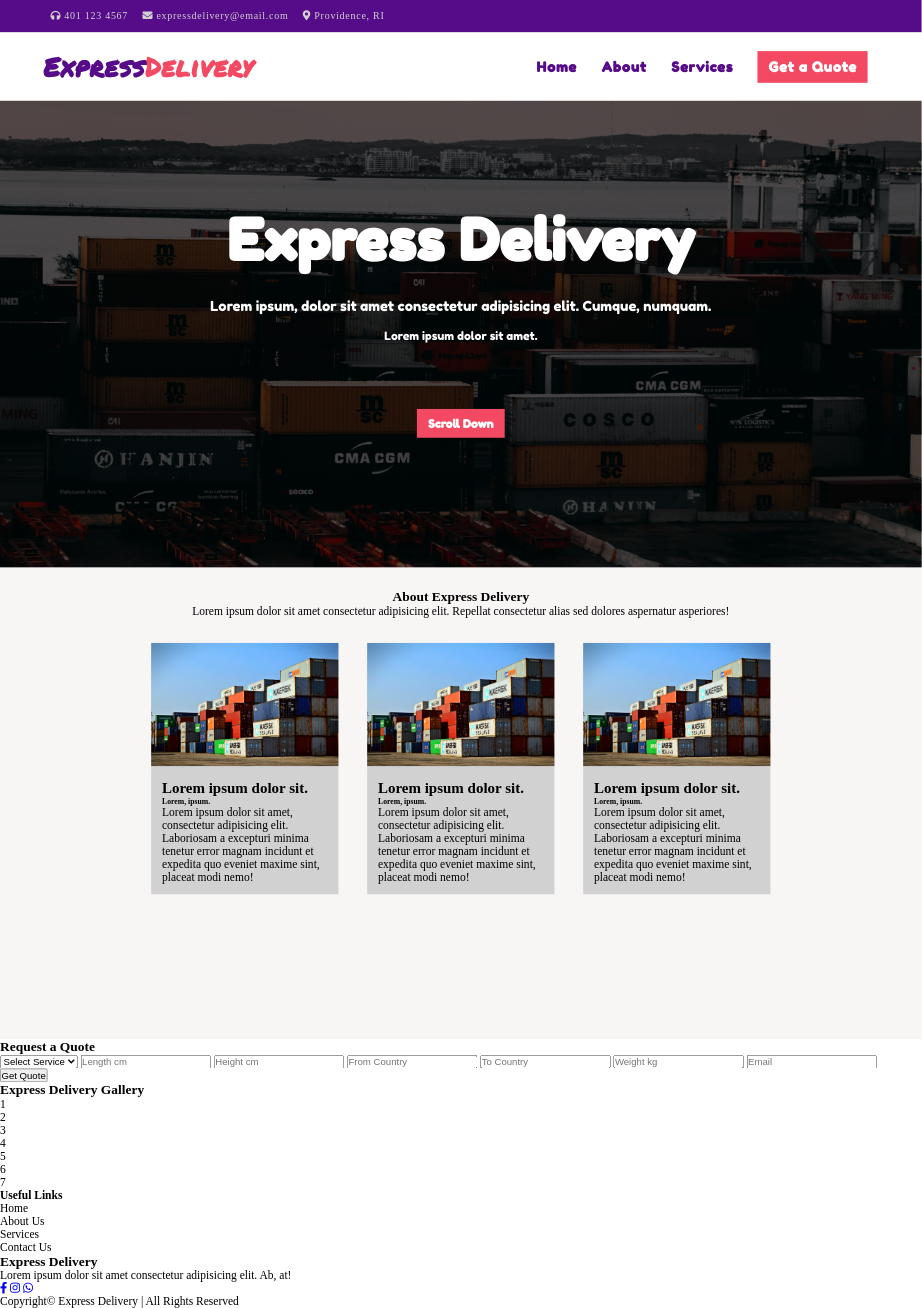
Repository: just-mann/express-delivery
Page: index.html
These files come from the project's save history. The page is drawn as it stood at one moment and after the next save; the edit follows.
The browser window is 1280 px wide. The pictures show the whole page, at 72% of full size.
The style sheet was rebuilt from its Sass, Less or Tailwind sources for each picture, by a compiler version that may differ from the author's.

Above is the page before, as saved 2021-06-30 14:26:04.

### index.html
<!DOCTYPE html>
<html lang="en">
<head>
    <meta charset="UTF-8">
    <meta http-equiv="X-UA-Compatible" content="IE=edge">
    <meta name="viewport" content="width=device-width, initial-scale=1.0">
    <meta name="author" content="Justin Kollie">
    <meta name="description" content="Reliable shipping solutions across the U.S.">
    <link rel="stylesheet" href="/css/style.css">
    <link rel="stylesheet" href="https://cdnjs.cloudflare.com/ajax/libs/font-awesome/5.15.3/css/all.min.css" referrerpolicy="no-referrer" />
    <title>Express Delivery | Your trusted delivery system</title>
</head>
<body id="top">
    <header>
        <div class="top-section">
            <p><i class="fas fa-headphones"></i> 401 123 4567</p>
            <p class="emailAdd"><i class="fas fa-envelope"></i> expressdelivery@email.com</p>
            <p><i class="fas fa-map-marker-alt"></i> Providence, RI</p>
        </div>
        <nav>
            <a href="#" class="logo"><span>Express</span>Delivery</a>
            <div class="nav__links">
                <a href="#">Home</a>
                <a href="#">About</a>
                <a href="#">Services</a>
                <a class="quoteGet" href="#contact-us">Get a Quote</a>
            </div>
        </nav>
        <section class="hero__div">
            <div class="hero__section">
                <div class="hero__overlay">
                    <h2>Express Delivery</h2>
                    <p class="firstPara">Lorem ipsum, dolor sit amet consectetur adipisicing elit. Cumque, numquam.</p>
                    <p class="secondPara">Lorem ipsum dolor sit amet.</p>
                    <a href="#aboutUs">Scroll Down</a>
                </div>
            </div>
        </section>
    </header>
    <section class="product__description">

    </section>
    <section class="aboutUs" id="aboutUs">
        <h3>About Express Delivery</h3>
        <p>
            Lorem ipsum dolor sit amet consectetur adipisicing elit.
            Repellat consectetur alias sed dolores aspernatur asperiores!
        </p>
        <div class="about__card-div">
            <div class="card">
                <div class="imgDiv">
                    <img src="/images/container_ship.jpg" alt="card1">
                </div>
                <div>
                    <h4>Lorem ipsum dolor sit.</h4>
                    <h6>Lorem, ipsum.</h6>
                    <p>
                        Lorem ipsum dolor sit amet, consectetur adipisicing elit.
                        Laboriosam a excepturi minima tenetur error magnam incidunt
                        et expedita quo eveniet maxime sint, placeat modi nemo!
                    </p>
                </div>
            </div>
            <div class="card">
                <div class="imgDiv">
                    <img src="/images/container_ship.jpg" alt="card1">
                </div>
                <div>
                    <h4>Lorem ipsum dolor sit.</h4>
                    <h6>Lorem, ipsum.</h6>
                    <p>
                        Lorem ipsum dolor sit amet, consectetur adipisicing elit.
                        Laboriosam a excepturi minima tenetur error magnam incidunt
                        et expedita quo eveniet maxime sint, placeat modi nemo!
                    </p>
                </div>
            </div>
            <div class="card">
                <div class="imgDiv">
                    <img src="/images/container_ship.jpg" alt="card1">
                </div>
                <div>
                    <h4>Lorem ipsum dolor sit.</h4>
                    <h6>Lorem, ipsum.</h6>
                    <p>
                        Lorem ipsum dolor sit amet, consectetur adipisicing elit.
                        Laboriosam a excepturi minima tenetur error magnam incidunt
                        et expedita quo eveniet maxime sint, placeat modi nemo!
                    </p>
                </div>
            </div>
        </div>
    </section>
    <section class="contact" id="contact-us">
        <h3>Request a Quote</h3>
        <form action="">
            <select name="services" id="services">
                <option>Select Service</option>
                <option value="service1">Service 1</option>
                <option value="service2">Service 2</option>
                <option value="service3">Service 3</option>
                <option value="service4">Service 4</option>
            </select>
            <input type="text" placeholder="Length cm">
            <input type="text" placeholder="Height cm">
            <input type="text" name="country-from" id="country-from" placeholder="From Country">
            <input type="text" name="country-to" id="country-to" placeholder="To Country">
            <input type="text" name="weight" id="weight" placeholder="Weight kg">
            <input type="email" name="email" id="email" placeholder="Email">
            <input type="submit" value="Get Quote">
        </form>
    </section>
    <section class="gallery">
        <h3>Express Delivery Gallery</h3>
        <div class="gallery__div">
            <div>1</div>
            <div>2</div>
            <div>3</div>
            <div>4</div>
            <div>5</div>
            <div>6</div>
            <div>7</div>
        </div>
    </section>
    <footer class="footer">
        <section class="footer__top">
            <div class="usefulLinks">
                <h4>Useful Links</h4>
                <li>Home</li>
                <li>About Us</li>
                <li>Services</li>
                <li>Contact Us</li>
            </div>
            <div>
                <h3>Express Delivery</h3>
                <p>
                    Lorem ipsum dolor sit amet consectetur adipisicing elit. Ab, at!
                </p>
                <div class="social__links">
                    <a href="#"><i class="fab fa-facebook-f"></i></a>
                    <a href="#"><i class="fab fa-instagram"></i></a>
                    <a href="#"><i class="fab fa-whatsapp"></i></a>
                </div>
            </div>
        </section>
        <section class="footer__bottom">
            <p>Copyright&copy Express Delivery | All Rights Reserved</p>
        </section>
    </footer>
</body>
</html>

### Sass/style.scss
@import 'reset';
@import 'default__styles';
@import 'mixins';

body {
    position: relative;
}


header {
    .top-section {
        background: $secondary__color;
        color: $light__white;
        display: flex;
        justify-content: flex-start;
        align-items: center;
        // padding: 15px 0px;
        @include my_container;
        height: 45px;

        p {
            // font-family: $secondary__font;
            font-size: 0.87rem;
            color: $dark__white;
            letter-spacing: 1px;
            margin: 0 10px;

            .emailAdd {
                border-left: 1px solid red;
                border-right: 1px solid red;
            }

            i {
                transition: 0.7s;
            }



            &:hover {
                i {
                    color: $primary__color;
                }
            }
        }
    }

    nav {
        // position: sticky;
        // top: 0;
        // left: 0;
        @include my_container;
        width: 100%;
        height: 95px;
        // padding: 0px 35px;
        background: $light__white;
        display: flex;
        justify-content: space-between;
        align-items: center;

        .logo {
            font-size: 2.3rem;
            color: $primary__color;
            font-weight: bold;
            letter-spacing: 1px;
            font-family: $primary__font;
            span {
                color: $secondary__color;
            }
        }

        .nav__links {
            a {
                color: $secondary__color;
                font-size: 1.2rem;
                margin: 0 15px;
                transition: 0.5s;
                font-family: $secondary__font;
                font-weight: bold;
                letter-spacing: 1px;

                &:hover {
                    color: $primary__color;
                }

            }

            .quoteGet {
                @include btn_style;
            }
        }
    }

    .hero__div {
        height: 90vh;
        z-index: 0;
        .hero__section {
            width: 100%;
            height: 100%;
            display: flex;
            justify-content: center;
            align-items: center;
            background: url('/images/heroImg.jpg') no-repeat center center / cover;

            .hero__overlay {
                // display: none;
                background: rgba(0, 0, 0, 0.678);
                height: 100%;
                width: 100%;
                display: flex;
                align-items: center;
                justify-content: center;
                flex-direction: column;
                color: $light__white;
                text-align: center;

                h2 {
                    font-size: 5rem;
                    margin-top: -30px;
                    font-family: $secondary__font;
                    font-weight: 800;
                }

                .firstPara {
                    font-family: $secondary__font;
                    font-size: 1.2rem;
                    font-weight: 300;
                    line-height: 1.4em;
                    margin: 30px 0px 6px 0px;
                }
                .secondPara {
                    font-family: $secondary__font;
                    font-size: 1rem;
                    font-weight: 300;
                    line-height: 1.4em;
                    margin: 10px 0px;
                }

                a {
                    @include btn_style;
                    margin: 80px 0px 5px 0px;
                }
            }
        }
    }
}





// About Us
.aboutUs {
    // @include my_container;
    max-width: 100%;
    min-height: 50vh;
    text-align: center;
    margin: 0px auto;
    padding-top: 30px;
    padding-bottom: 15px;
    background: rgb(248, 245, 245);

    h3 {

    }

    p {

    }

    .about__card-div {
        // background: yellow;
        max-width: 100%;
        margin: 0 auto;
        padding: 25px;
        display: grid;
        justify-content: center;
        align-items: center;
        grid-template-columns: repeat(3, 300px);

        .card {
            min-height: 500px;
            margin: 10px 20px;
            text-align: center;
            &:hover {
                // @include divShadow;
            }

            .imgDiv {
                min-height: 30%;
                padding: 0px;
            }

            img {
                width: 100%;
                min-height: 100%;
                object-fit: cover;
            }

            div {
                padding: 15px;
                margin: 0 auto;
                text-align: left;
                background: $dark__white;

                h4 {
                    font-size: 1.3rem;
                }

                h6 {

                }

                p {

                }
            }
        }
    }
}

### Sass/default__styles.scss
// Google Fonts
@import url('https://fonts.googleapis.com/css2?family=Abel&family=Dancing+Script:wght@700&family=Fredoka+One&family=Permanent+Marker&family=Roboto:wght@100&display=swap');





// Styles for items like buttons, links, lists, and colors, fonts, etc..

// Variables
$primary__color: #F34963;
$secondary__color: #560c88;
$light__white: #ffffff;
$dark__white: #d1d1d1;
$primary__font: 'Permanent Marker', cursive;
$secondary__font: 'Fredoka One', cursive;








html {
    scroll-behavior: smooth;
}

a {
    text-decoration: none;
}

ul, li {
    list-style: none;
}

### Sass/mixins.scss
// Button Mixin
@mixin btn_style {
    border: none;
    background: $primary__color;
    color: $light__white;
    padding: 10px 15px;
    font-family: $secondary__font;
    font-weight: bold;

    &:hover {
        color: $light__white;
        cursor: pointer;
    }
}

@mixin divShadow {
    box-shadow: -1px -3px 46px 16px rgba(0,0,0,0.23);
        -webkit-box-shadow: -1px -3px 46px 16px rgba(0,0,0,0.23);
        -moz-box-shadow: -1px -3px 46px 16px rgba(0,0,0,0.23);
}

@mixin my_container {
    padding: 0px 60px;
}


// Grid Mixin
@mixin grid($cols, $mgn) {
    float: left;
    margin-left: $mgn;
    margin-bottom: $mgn;
    width: (100% - (($cols - 1) * $mgn)) / $cols;
    &:nth-child(#{$cols}n) {
        margin-right: 0;
    }
}

Loaded but not shown: Sass/reset.scss (common file)

After the next save:
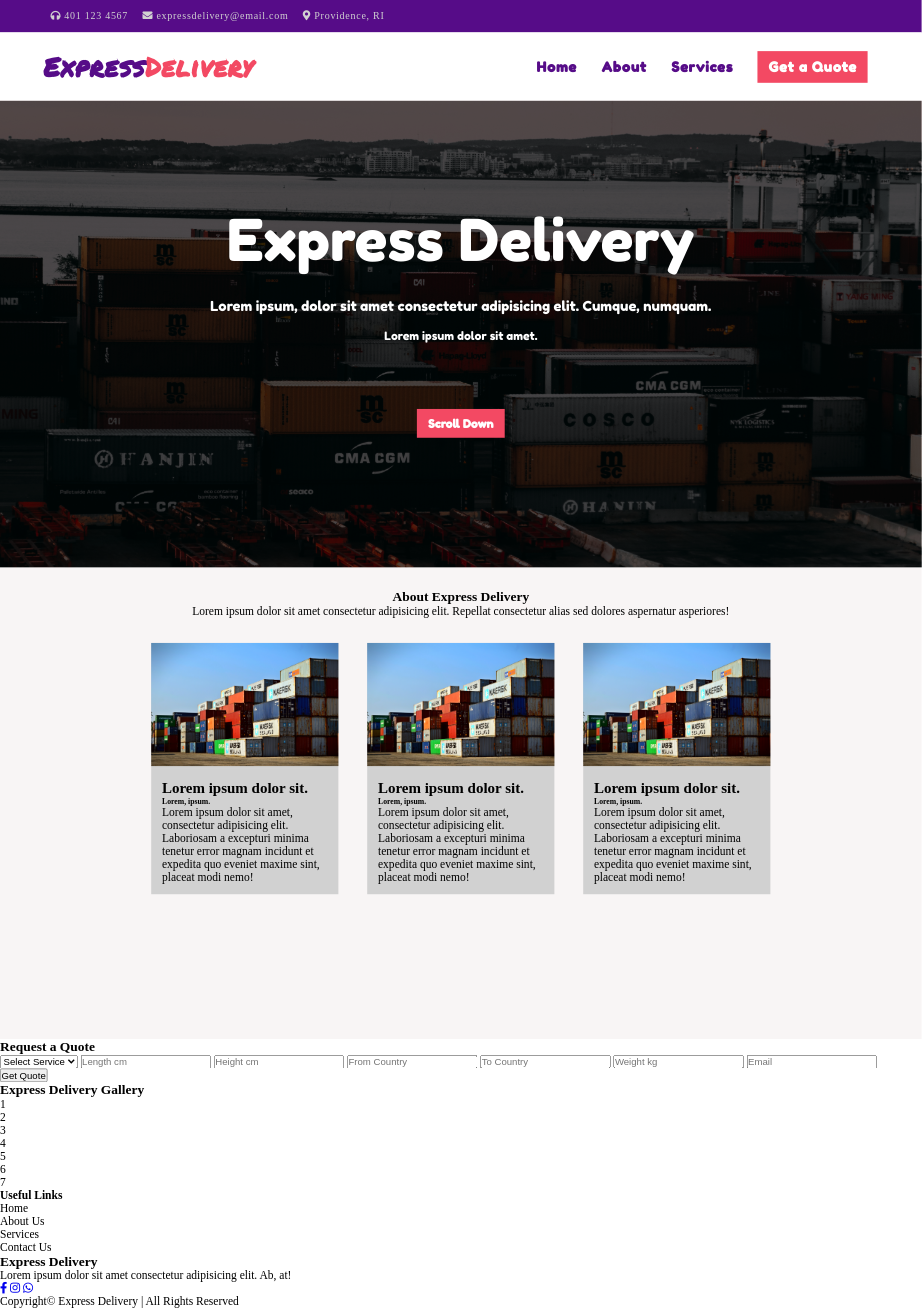
Saved 25 s later.
--- a/Sass/style.scss
+++ b/Sass/style.scss
@@ -117,7 +117,7 @@ header {
                     font-size: 5rem;
                     margin-top: -30px;
                     font-family: $secondary__font;
-                    font-weight: 800;
+                    font-weight: 300;
                 }
 
                 .firstPara {
